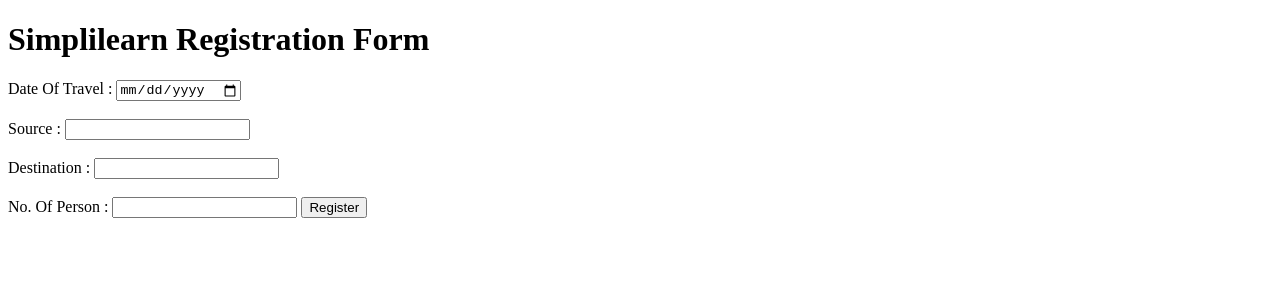
Repository: RamJangid/AdvanceJavaDone
Page: http://localhost/FlyAway/Welcome.jsp
The author's editor kept a copy of each file at every save. The page is drawn from the files as they stood at one save, then again after the next save.
The browser window is 1280 px wide. The pictures show the whole page.
The page is served by Tomcat 10. Other server files are loaded and not shown.

Above is the page before, as saved 2022-09-21 07:24:38.

### FlyAway/src/main/webapp/Welcome.jsp
<%@ page language="java" contentType="text/html; charset=UTF-8"
    pageEncoding="UTF-8"%>
<!DOCTYPE html>
<html>
<head>
<meta charset="UTF-8">
<title>Simplilearn Registration</title>
</head>
<body>

	<h1>Simplilearn Registration Form</h1>

	<form action="<%= request.getContextPath()%>/available_Flights" method="post">

	Date Of Travel : <input type ="date" name = "dateOfTravel">
	<br><br>
	Source : <input type ="text" name = "source">
	<br><br>
	Destination : <input type ="text" name ="destination">
	<br><br>
	No. Of Person : <input type ="text" name ="No_Of_Person">

	<tr>

			<td colspan = 2 align = "center">
				<input type = "submit" value = "Register">
			</td>

	</tr>

	</form>


</body>

</html>

After the next save:
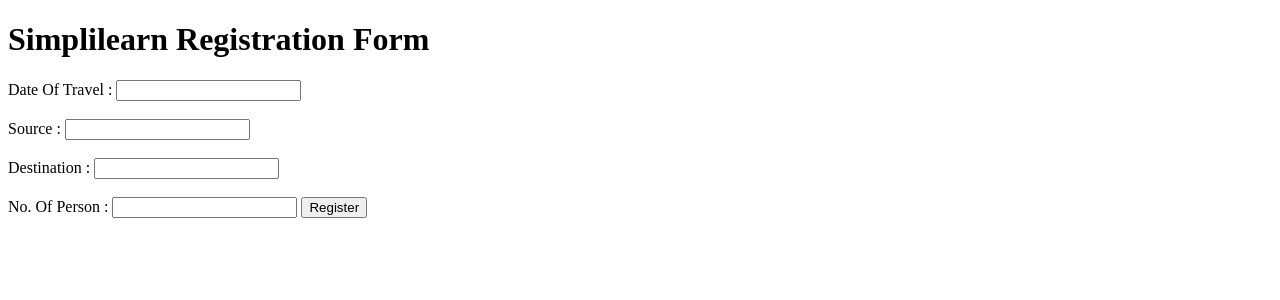
Saved 102 s later.
--- a/FlyAway/src/main/webapp/Welcome.jsp
+++ b/FlyAway/src/main/webapp/Welcome.jsp
@@ -12,7 +12,7 @@
 
 	<form action="<%= request.getContextPath()%>/available_Flights" method="post">
 
-	Date Of Travel : <input type ="date" name = "dateOfTravel">
+	Date Of Travel : <input type ="text" name = "dateOfTravel">
 	<br><br>
 	Source : <input type ="text" name = "source">
 	<br><br>
